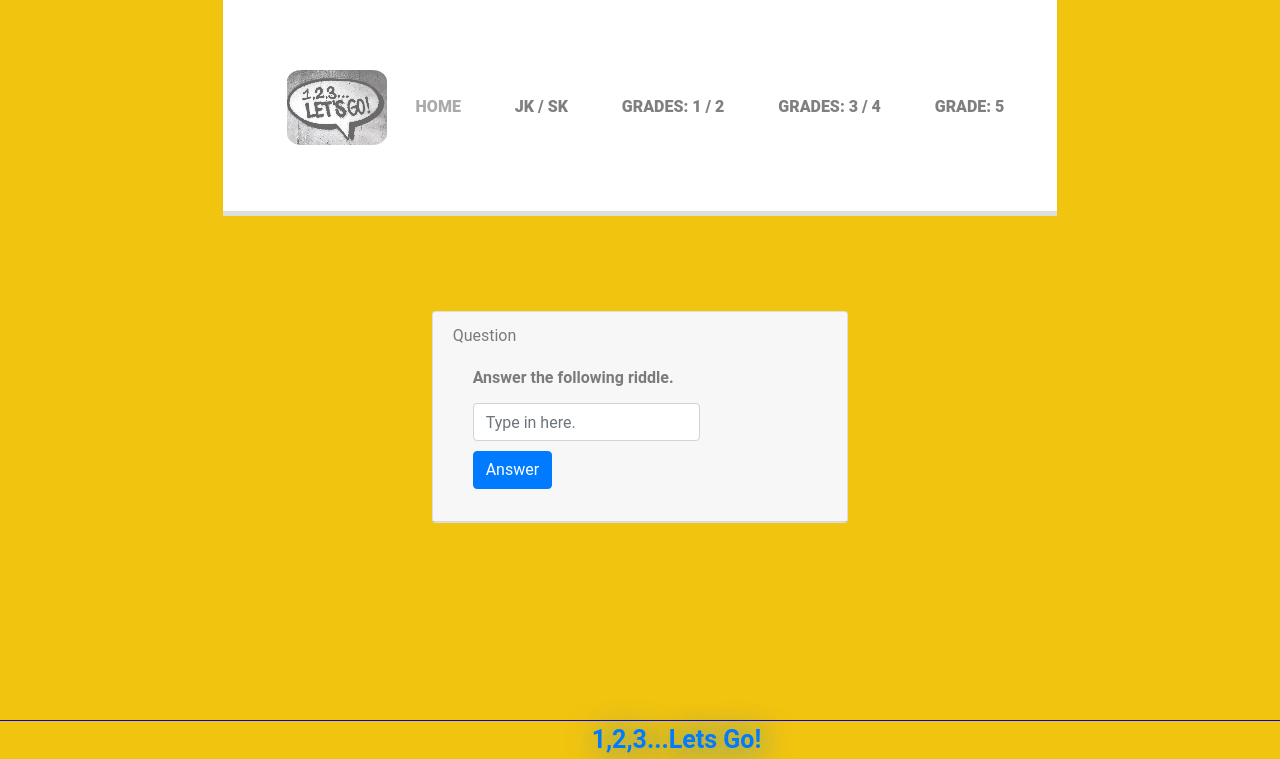
Repository: hanihassan1/Riddle-Game
Page: http://localhost/jk_sk
The author's editor kept a record of every edit. The page is drawn from the files as they stood at one moment, then again after the next edit.
The browser window is 1280 px wide. The pictures show the whole page.
Some web fonts or font styles are not loaded; a fallback is used. The page is served by the project's application, run on Flask 3 (run.py).

Above is the page before.

### templates/jk_sk.html
{% extends 'base.html' %}
{% block head %}
<script src="{{ url_for('static', filename='main.js')  }}"></script>

{% endblock %}
{% block content %}

<!--/*--------------------------------------------header/nav*/-->
<section id="nav_catog">
  <div class="container-fluid">
    <div class="row no-gutters">
      <div class="col-sm-1"></div>

      <div class="col-sm-10">
    <nav class="shift">
    <ul>
      <img id="logoOne" src="/static/images/logo.jpg ">
      <a href="{{url_for('index') }}" class="logo">
        <li><a href="https://9756ebca0b6a461ca3515f5d51d978ee.vfs.cloud9.us-east-1.amazonaws.com">Home</a></li>
        <li><a id="jk_sk" class="" onclick="req_question(this.id)">JK / SK </a></li>
        <li><a id="1-2" class="" onclick="req_question(this.id)">Grades: 1 / 2</a></li>
        <li><a id="3-4" class="" onclick="req_question(this.id)">Grades: 3 / 4</a></li>
        <li><a id="5" class="" onclick="req_question(this.id)">Grade: 5</a></li>
        <li><a id="leadershipId" class="hide" onclick="leadership(this.id)">Grade: 5</a></li>
    </ul>
  </nav>
  </div>

  <div class="col-sm-1"></div>
   </div>
  </div>

  <h2>{{user}}</h2>

<!--/*--------------------------------------------Question Card*/-->
  <div class="container-fluid">
    <div class="row card_row no-gutters">
      <div class="col-sm-4"></div>
      <div class="col-sm-4">
      <div class="card">
        <div class="card-header">
          Question

          <div class="card-body">
            <h6 class="card-title"><b>Answer the following riddle.</b></h6>
            <p class="riddleQ" id="riddle_place"></p>
            <input name="answer" type="text" class="form-control"  placeholder="Type in here." id="answer_box" required data-validation-required-message="Answer">
            <a href="#" class="btn btn-primary" id="answerId" onclick="getData()">Answer</a>
          </div>
        </div>
      </div>
      </div>
      <div class="col-sm-4"></div>
    </div>
  </div>


</section>

<!--/*--------------------------------------------Score modal*/-->
  <div class="modal fade" id="myModal" role="dialog">
    <div class="modal-dialog modal-sm">


      <div class="modal-content">
        <div class="modal-header">
          <button type="button" class="close" data-dismiss="modal">&times;</button>
          <h4 class="modal-title">Score Card</h4>
        </div>
        <div class="modal-body">
          <p id="wrong_answer"></p>
        </div>
        <div class="modal-footer">
          <button type="button" class="btn btn-default" id="u-scoreId" data-dismiss="modal" onclick="location.href = 'https://9756ebca0b6a461ca3515f5d51d978ee.vfs.cloud9.us-east-1.amazonaws.com/leadership';">Close</button>
        </div>
      </div>

    </div>
  </div>



        <div id="incorrect" class="hide">
                        <p id="result-icon" class="m-0">
                            <i class="fas fa-exclamation"></i>
                        </p>
                        <p id="guess-again">Try again!</p>

                    </div>

<!--/*--------------------------------------------script for api*/-->
<script type="text/javascript">
  function req_question(user_category) {
    $('ul').on('click', 'a', function() {
    $('#' + user_category).removeClass('active');
    $(this).addClass('active');
});

    var xhttp = new XMLHttpRequest();
    xhttp.open("GET", "{{url_for('get_question') }}" + "?category=" + user_category, true);
    xhttp.send();
    xhttp.onreadystatechange = function() {
      if (this.readyState == 4 && this.status == 200) {
        document.getElementById('riddle_place').innerHTML = this.response;
      }
    };



  }
var score = 0
  function getData() {
    var question = $("#riddle_place").text();
    var answers = $("#answer_box").val();
    var category = $(".active").attr("id");
    var que_ans = new XMLHttpRequest();

    que_ans.onreadystatechange = function() {
      if (que_ans.readyState === 4 && que_ans.status === 200) {
        if ((this.responseText).replace("\n", "") == "true") {
          score += 1;
          req_question(category);
        }
        else {
        $("#wrong_answer").text("Incorrect Answer, Your Score is : " + score);
        $("#myModal").modal();
        send_score();
      }
      }
    };

    que_ans.open("GET", "{{url_for('que_ans') }}" + "?question=" + question + "&answer=" + answers + "&category=" + category, true);
    que_ans.send();
  }

  function send_score(){
    var name = "{{user}}"
    var name_score = new XMLHttpRequest();

    name_score.onreadystatechange = function() {
      if (name_score.readyState === 4 && name_score.status === 200) {
        if ((this.responseText).replace("\n", "") == "true") {
          score += 1;
          send_score(score);
        }

  }
};




 name_score.open("GET", "{{url_for('user_score') }}" + "?name=" + name + "&score=" + score, true);
 name_score.send();
}



</script>
<!--/*--------------------------------------------end of content*/-->


{% endblock %}

### templates/base.html
<!DOCTYPE html>
<html lang="en">

<head>
    <meta charset="UTF-8">
    <meta name="viewport" content="width=device-width, initial-scale=1.0">
    <meta http-equiv="X-UA-Compatible" content="ie=edge">
    <meta name="description" content="">
    <meta name="author" content="">

    <title>{{title}}</title>
    <link rel="stylesheet" href="https://stackpath.bootstrapcdn.com/bootstrap/4.3.1/css/bootstrap.min.css" integrity="sha384-ggOyR0iXCbMQv3Xipma34MD+dH/1fQ784/j6cY/iJTQUOhcWr7x9JvoRxT2MZw1T" crossorigin="anonymous">
    <script src="https://code.jquery.com/jquery-3.3.1.slim.min.js" integrity="sha384-q8i/X+965DzO0rT7abK41JStQIAqVgRVzpbzo5smXKp4YfRvH+8abtTE1Pi6jizo" crossorigin="anonymous"></script>
    <script src="https://cdnjs.cloudflare.com/ajax/libs/popper.js/1.14.7/umd/popper.min.js" integrity="sha384-UO2eT0CpHqdSJQ6hJty5KVphtPhzWj9WO1clHTMGa3JDZwrnQq4sF86dIHNDz0W1" crossorigin="anonymous"></script>
    <script src="https://stackpath.bootstrapcdn.com/bootstrap/4.3.1/js/bootstrap.min.js" integrity="sha384-JjSmVgyd0p3pXB1rRibZUAYoIIy6OrQ6VrjIEaFf/nJGzIxFDsf4x0xIM+B07jRM" crossorigin="anonymous"></script>
    <link href="{{ url_for('static', filename='css/style.css')  }}" rel="stylesheet" type="text/css">
    <link rel="stylesheet" href="https://cdnjs.cloudflare.com/ajax/libs/hover.css/2.3.1/css/hover.css" />
    {% block head %} {% endblock %}
</head>

<body>


        {% block content %} {% endblock %}





    <footer>
        <div class="container-fluid">
            <div class="row foot-edit">
                <div class="col-md-4"></div>
                <div class="col-md-4"><strong><a class="footer-name" href="{{url_for('index') }}">1,2,3...Lets Go!</a></strong></div>
                <div class="col-md-4"></div>
            </div>
        </div>
    </footer>

    <script src="{{ url_for('static', filename='main.js')  }}"></script>
</body>

</html>

### run.py
import os
from flask import Flask,render_template, request, flash, jsonify
import json
import random
import numpy



app = Flask(__name__)
app.secret_key = "its_secure"

@app.route('/', methods=["GET", "POST"])
def index():
     if request.method=="POST":
        print(request.form)
        file= open("user_info.txt", "a")
        file.write("Name:{},Age:{},Grade:{}\n"
                  .format(request.form['name'],request.form['age'],
                  request.form['grade']))
        file.close()
        flash(" Hello {}, Welcome! Let's get started. Choose a grade."
        .format(request.form['name']))
     return render_template("index.html", title = "Home Page")



@app.route('/jk_sk/', methods=["GET", "POST"])
def jk_sk_ans():
    args = request.args
    username = args['username']
    return render_template("jk_sk.html", user=username)


@app.route('/get_score/api/v1/', methods=["GET", "POST"])
def user_score():
    my_arg = request.args
    post_name = my_arg['name']
    post_score = my_arg['score']
    file_score = open("user_scores.txt", "a")
    file_score.write(post_name + "\n" + post_score + "\n")
    file_score.close()

    return jsonify("true")



@app.route('/checkans/api/v1/', methods=['GET'])
def que_ans():
    my_arg = request.args
    check_ques = my_arg['question']
    check_ans = my_arg['answer']
    check_category = my_arg['category']
    if check_category == "jk_sk":
        file_name = "data/jk_sk.json"
    if check_category == "1-2":
        file_name = "data/one_two.json"
    if check_category == "3-4":
        file_name = "data/three_four.json"
    if check_category == "5":
        file_name = "data/five.json"
    print(file_name, check_category)
    file = open(file_name, "r")
    file_data = file.read()
    file_data = json.loads(file_data)
    print(file_data)
    for items in file_data:
        if (items['question'].rstrip() == check_ques.rstrip().replace('"', '')):
            if items['answer'] == check_ans:
                return jsonify(True)
            else:
                return jsonify(False)

@app.route('/get_question/api/v1/', methods=['GET'])
def get_question():
    my_arg = request.args
    check_ans = my_arg['category']
    if check_ans == "jk_sk":
        file_name = "data/jk_sk.json"
    if check_ans == "1-2":
        file_name = "data/one_two.json"
    if check_ans == "3-4":
        file_name = "data/three_four.json"
    if check_ans == "5":
        file_name = "data/five.json"
    file = open(file_name, "r")
    all_questions = json.loads(file.read())
    random_number = random.randint(0, len(all_questions) - 1)
    ask_question = all_questions[random_number]["question"]
    return jsonify(ask_question)


@app.route('/leadership')
def leadership():
    file = open("user_scores.txt", "r")
    score_data = file.readlines()
    username = []
    score = []
    final_user_list = []
    file.close()
    for i in range(0, len(score_data)):
        if i % 2 == 0:
            username.append(score_data[i].replace('\n',''))
        else:
            score.append(int(score_data[i].replace('\n','')))
    score_index_before_sort = numpy.argsort(score)
    for index in score_index_before_sort:
        final_user_list.append(username[index])
    score = sorted(score)
    if len(score) > 10:
        score = score[-10:]
        final_user_list = final_user_list[-10:]
    return render_template("leadership.html", title = "Leadership Board Page", username =final_user_list , score = score)



@app.route('/jk_sk')
def jk_sk():
    return render_template("jk_sk.html", title = "Jk/Sk Page")


@app.route('/one_two')
def one_two():
    return render_template("one_two.html", title = "Grades: 1 / 2 Page")

@app.route('/three_four')
def three_four():
    return render_template("three_four.html", title = "Grades: 3 / 4 Page")

@app.route('/five')
def five():
    return render_template("five.html", title = "Grade: 5  Page")


@app.route('/check_answer/', methods=["GET"])
def check_answer():
    my_arg = request.args
    question = my_arg['question']
    answers = my_arg['answer']
    answer_return = ""
    with open("data/jk_sk.json", 'r') as file1:
        answer_file = json.load(file1)
    for answer in answer_file:
        print(answer)
        if answer['question'] == question:
            if answer['answer'] == answers:
                answer_return = "True"
            else:
                answer_return = "False"
    return jsonify({'result':answer_return})


if __name__ == '__main__':
    app.run(host=os.environ.get('IP'),
    port=int(os.environ.get('PORT')),
    debug=False)

### static/css/style.css
/*--------------------------------------------fonts*/
@import url('https://fonts.googleapis.com/css?family=Varela+Round:100,200,300,400,500,600,700|EXO:100,200,300,400,500,600,700');
@import url('https://fonts.googleapis.com/css?family=Cantarell:700i:100,200,300,400,500,600,700|EXO:100,200,300,400,500,600,700');
/*--------------------------------------------body & html styles*/
body {
    font-family: 'Varela Round', sans-serif;
    height: 100vh;
    background-image: url(../images/park-troopers-RAtKWVlfdf4-unsplash.jpg);
    background-position: center;
    background-repeat: no-repeat;
    background-size: cover;
    font-family: 'Roboto', sans-serif;
    padding: 0;
    margin: 0;

}

.hide {
    display: none !important;
}


a {
    text-decoration: none !important;
}

html {
 scroll-behavior: smooth;
}


small {
  font-size: 12px;
  color: rgba(0, 0, 0, 0.4);
}

h1 {
  text-align: center;
  padding: 50px 0;
  font-weight: 800;
  margin: 0;
  letter-spacing: -1px;
  color: inherit;
  font-size: 40px;
}



h2 {
  text-align: center;
  font-size: 30px;
  margin: 0;
  font-weight: 300;
  color: inherit;
  padding: 50px;
}

.center {
  text-align: center;
}



section {
  height: 100vh;
}

/*--------------------------------------------index--form &logo*/
#logoOne  {
  border-radius: 15%;
  opacity: .6;
}

.game_name {
  text-align:center;
     padding-bottom: 25px;

}

.signin  {
  color:#007bff;

}


/*--------------------------------------------nav & Question card*/

@media only screen and (max-width: 480px) {
    body {
          max-width: 480px;
    }
    .card_row   {
          font-size:14px!important;
    }
}

.active {
  background-color:#F1C40F;
}


nav {
  width: 80%;
  margin: 0 auto;
  background: #fff;
  padding: 50px 0;
  box-shadow: 0px 5px 0px #dedede;
}

nav ul {
  list-style: none;
  text-align: center;
}
nav ul li {
  display: inline-block;
}
nav ul li a {
  display: block;
  padding: 15px;
  text-decoration: none;
  color: #aaa;
  font-weight: 800;
  text-transform: uppercase;
  margin: 0 10px;
}
nav ul li a,
nav ul li a:after,
nav ul li a:before {
  transition: all .5s;
}
nav ul li a:hover {
  color: #555;
}

nav.shift ul li a {
  position:relative;
  z-index: 1;
}
nav.shift ul li a:hover {
  color: #91640F;
}
nav.shift ul li a:after {
  display: block;
  position: absolute;
  top: 0;
  left: 0;
  bottom: 0;
  right: 0;
  margin: auto;
  width: 100%;
  height: 1px;
  content: '.';
  color: transparent;
  background: #F1C40F;
  visibility: none;
  opacity: 0;
  z-index: -1;
}
nav.shift ul li a:hover:after {
  opacity: 1;
  visibility: visible;
  height: 100%;
}

#nav_catog  {
  background: #f1c40f;
  color: rgba(0, 0, 0, 0.5);

}

#sendMessageButton1     {
    opacity: 9;
     background-color: #A9A9A9;
    border-radius: 10%;
    color: #484848;
}
.sect  {
      height: 96vh;

}
.form-edit  {
  padding-top:20px;

}


.form-control {

     width: 68%!important;

}
.btn {
 margin-top:10px;
}
.form-edit {
  height:75%;
   padding-top: 32px;

}


/*--------------------------------------------nav & Question card*/

@media only screen and (max-width: 768px) {
    body {
          max-width: 768px;
    }
    .foot-edit {
          display: none
    }
}


.footer-name {
  text-align:center;
  padding-left:150px;
  font-size:25px;
  text-shadow: 2px 2px 30px #007bff;

}


.foot-edit  {
  border-top:1px solid blue;
  background: #F1C40F
}

/*--------------------------------------------Leadership page*/

.lead-head  {
  text-align:center;
  font-size:30px;
   color:#007bff;
   font-weight: 700;
   font-family: 'Varela Round', sans-serif
}

.lead-backg {
     height: 77vh;
}


.table {
  width: 500px;
  padding-right: 10%;
  font-size:20px;
}

.lead-homebt {
 font-size:30px;
 padding-bottom:50px;
 color: #F1C40F!important;
 font-family: 'Varela Round', sans-serif
}

.fas  {
  color:gold!important;
  font-size:40px;
}

### static/main.js
$("#incorrect").on("click", function() {
    // $(".prog-result").html("");
    $('#incorrect').trigger('focus')
    $("ul").html("");
    $("#progress").addClass("hide");
    totaLtime = 0;
});

function save_name(){
    username = $("#name").val();
    localStorage.setItem("username", username)
}


var inputs = $("form#contactForm input, form#contactForm textarea");

var validateInputs = function validateInputs(inputs) {
  var validForm = true;
  inputs.each(function(index) {
    var input = $(this);
    if (!input.val() || (input.type === "grade" && !input.is(':checked'))) {
      $("#sendMessageButton1").attr("disabled", "disabled");
      validForm = false;
    }
  });
  return validForm;
}


inputs.each(function() {
  var input = $(this);
  if (input.type === "grade") {
    input.change(function() {
      if (validateInputs(inputs)) {
        $("#sendMessageButton1").removeAttr("disabled");
      }
    });
  } else {
    input.keyup(function() {
      if (validateInputs(inputs)) {
        $("#sendMessageButton1").removeAttr("disabled");
      }
    });
  }
});





















// function req_data(answers) {
//   var xhttp = new XMLHttpRequest();
//   xhttp.onreadystatechange = function() {
//     if (this.readyState == 4 && this.status == 200) {
//       document.getElementById("answer").innerHTML = this.responseText;
//       myResponse = JSON.parse(this.responseText);
//         if ((myResponse.results) == True) {
//     }
//     else {
//       return false
//     }
//   };
//   xhttp.open("GET", "{{url_for('get_question') }}" + "?question=" + "answers" + answers  , true);
//   xhttp.send();
// }
// }


// $("#answerId").on("click", function() {

//     req_data($("#answer_box").val());

// });

After the next edit:
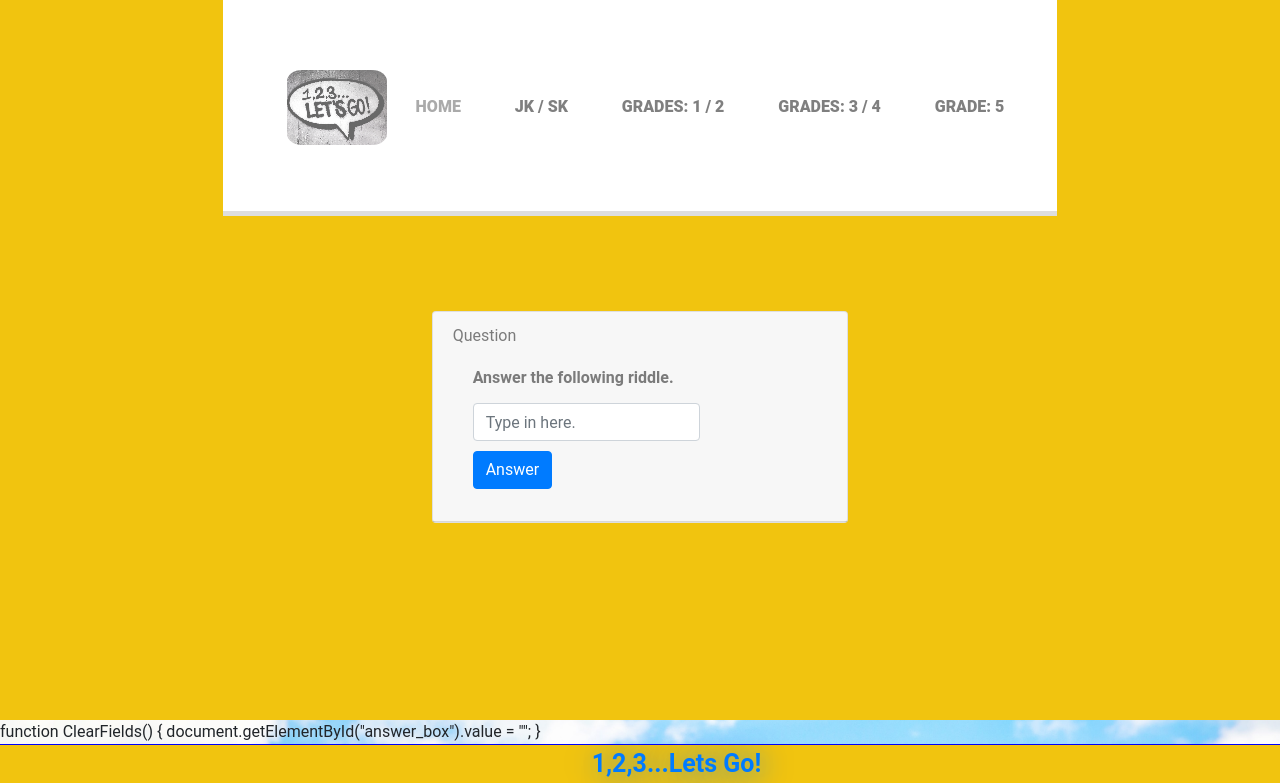
The edit:
--- a/templates/jk_sk.html
+++ b/templates/jk_sk.html
@@ -155,9 +155,13 @@
 }
 
 
-
 </script>
 <!--/*--------------------------------------------end of content*/-->
 
+function ClearFields() {
+
+     document.getElementById("answer_box").value = "";
+
+}
 
 {% endblock %}
